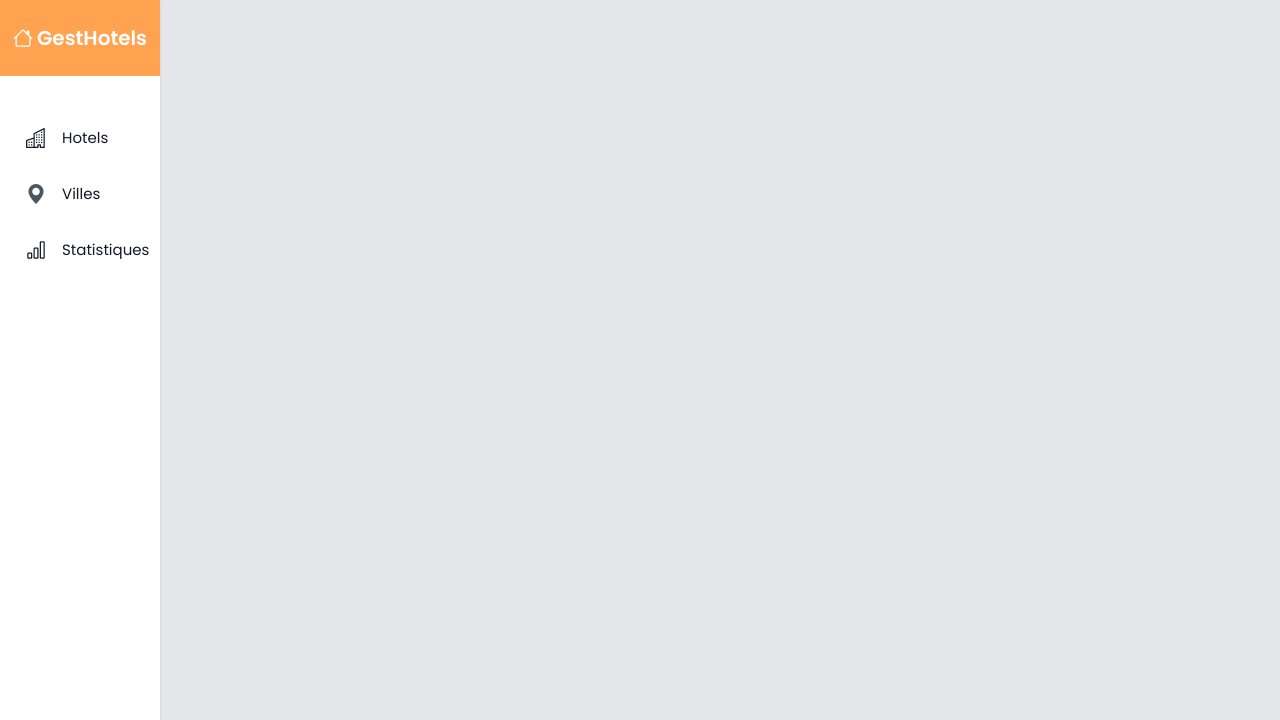
Repository: yahyamourid/GestHotelsEJB
Page: http://localhost/ISICEJBWeb/sidBar.jsp
An editor plug-in stored every save of this project. The page is shown before and after the next save, followed by the edit.
The browser window is 1280 px wide. The pictures show the whole page.
Some web libraries are served in a nearby version. The page is served by Tomcat 10. Nobody is signed in. The application's start-up code is not run. Other server files are loaded and not shown.

Above is the page before, as saved 2023-12-01 16:11:37.
Console error: TypeError: Cannot read properties of null (reading 'classList')

### ISICEJBWeb/src/main/webapp/sidBar.jsp
<%@page import="java.util.regex.Matcher"%>
<%@page import="java.util.regex.Pattern"%>
<%@ page language="java" contentType="text/html; charset=ISO-8859-1" pageEncoding="ISO-8859-1"%>


<!DOCTYPE html>
<html lang="en">

    <head>
        <meta charset="UTF-8">
        <meta http-equiv="X-UA-Compatible" content="IE=edge">
        <meta name="viewport" content="width=device-width, initial-scale=1.0">
        <title>sidebar</title>
        <script src="https://cdn.tailwindcss.com"></script>
        <!-- <script src="./tailwind3.js"></script> -->
        <link href="https://fonts.googleapis.com/css2?family=Poppins:wght@200;300;400;500;600;800&display=swap"
              rel="stylesheet">
        <link rel="stylesheet" href="https://cdn.jsdelivr.net/npm/bootstrap-icons@1.7.2/font/bootstrap-icons.css">

    </head>

    <body class=" font-[Poppins] bg-gray-200 ">
        <%
    String url = request.getRequestURL().toString();
    Pattern pattern = Pattern.compile("[^/]+\\.jsp");
    Matcher matcher = pattern.matcher(url);

    String nomFichierJSP = "";
    if (matcher.find()) {
        nomFichierJSP = matcher.group();
    }


%>

        <div class="sidebar  fixed top-0 bottom-0 lg:left-0 left-[-300px] duration-1000
               w-[160px] overflow-y-auto text-center  bg-white shadow h-screen">


            <div class=" text-xl">
                <div class="py-6 px-2  flex justify-center items-center  mb-5 bg-[#FFA351] ">
                    <i class="bi bi-house text-white"></i>
                    <h1 class="ml-1 text-xl text-white font-semibold">GestHotels</h1>
                </div>

                <div class="p-2.5" >

                    <div  class="p-2.5 mt-2 flex items-center  rounded-md px-4 <%if (nomFichierJSP.equals("hotel.jsp")){%>bg-gray-100 <%}%> duration-300  cursor-pointer  hover:bg-gray-200">
                        <i class="bi bi-building text-gray-900"></i>
                        <span class="text-[15px] ml-4 text-gray-900 "><a href="hotel.jsp">Hotels</a></span>
                    </div>

                    <div class="p-2.5 mt-2 flex items-center rounded-md px-4 <%if (nomFichierJSP.equals("ville.jsp")){%>bg-gray-100 <%}%>duration-300 cursor-pointer  hover:bg-gray-200">
                        <i class="bi bi-geo-alt-fill text-gray-600"></i>
                        <span class="text-[15px] ml-4 text-gray-900"><a href="ville.jsp">Villes</a></span>
                    </div>
                    <div class="p-2.5 mt-2 flex items-center rounded-md px-4 <%if (nomFichierJSP.equals("ville.jsp")){%>bg-sky-600 <%}%>duration-300 cursor-pointer  hover:bg-gray-200">
                        <i class="bi bi-bar-chart text-gray-900"></i>
                        <span class="text-[15px] ml-4 text-gray-900"><a href="ville.jsp">Statistiques</a></span>
                    </div>
                </div>
            </div>
        </div>

        <script>
            function dropDown() {
                document.querySelector('#submenu').classList.toggle('hidden')
                document.querySelector('#arrow').classList.toggle('rotate-0')
            }
            dropDown()

            function Openbar() {
                document.querySelector('.sidebar').classList.toggle('left-[-300px]')
            }
        </script>


    </body>

</html>

After the next save:
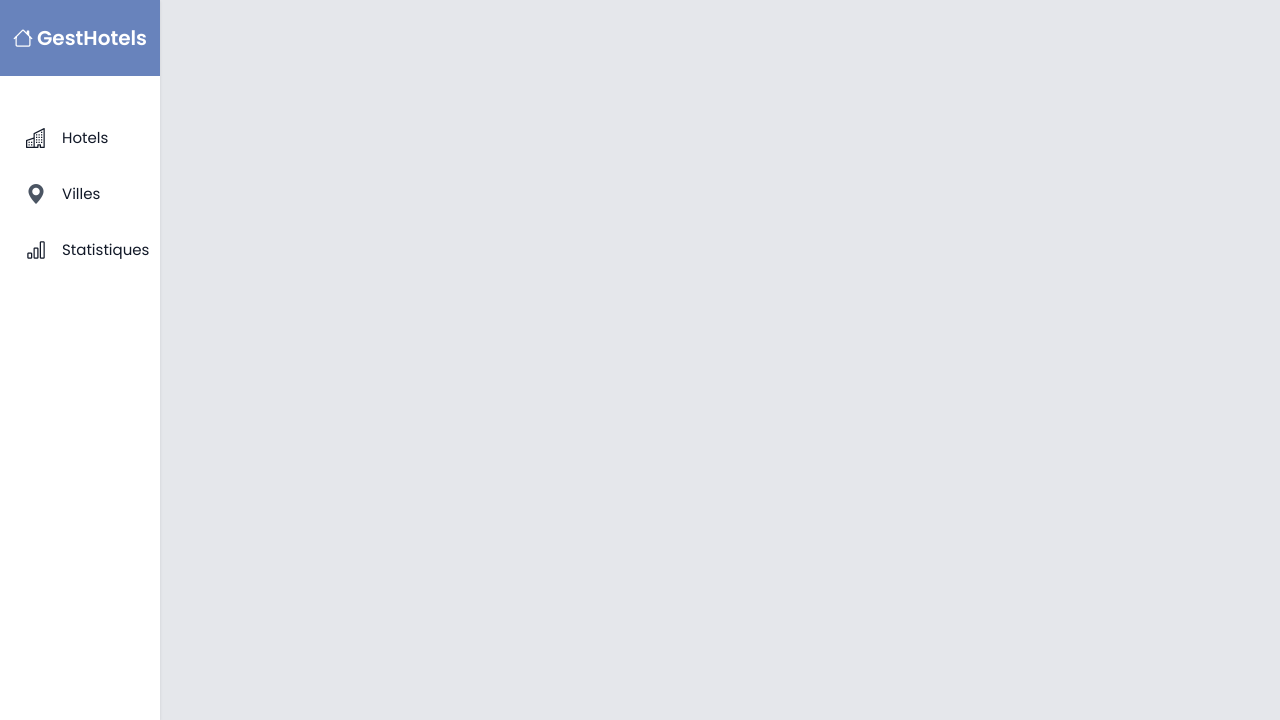
Saved 22 s later.
--- a/ISICEJBWeb/src/main/webapp/sidBar.jsp
+++ b/ISICEJBWeb/src/main/webapp/sidBar.jsp
@@ -38,7 +38,7 @@
 
 
             <div class=" text-xl">
-                <div class="py-6 px-2  flex justify-center items-center  mb-5 bg-[#FFA351] ">
+                <div class="py-6 px-2  flex justify-center items-center  mb-5 bg-[#6883BC] ">
                     <i class="bi bi-house text-white"></i>
                     <h1 class="ml-1 text-xl text-white font-semibold">GestHotels</h1>
                 </div>
